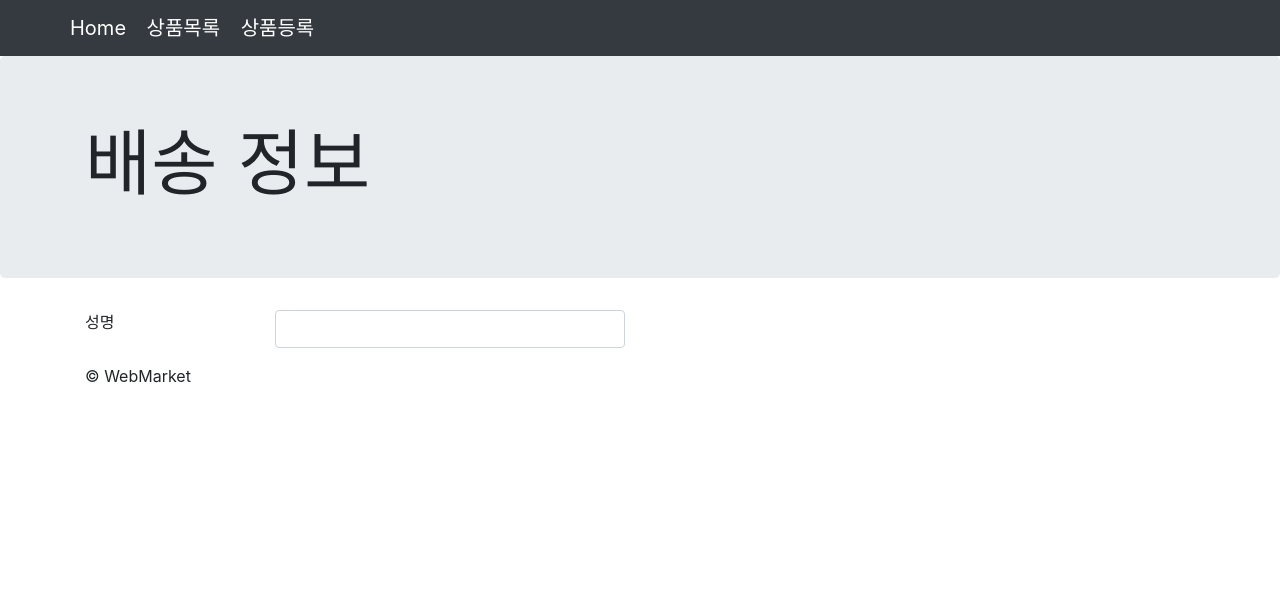
Repository: davisbyun/ai
Page: http://localhost/WebMarket/shippingInfo.jsp
These files come from the project's save history. The page is drawn as it stood at one moment and after the next save; the edit follows.
The browser window is 1280 px wide. The pictures show the whole page.
The page is served by Tomcat 9.

Above is the page before, as saved 2024-01-25 01:42:53.

After the next save:
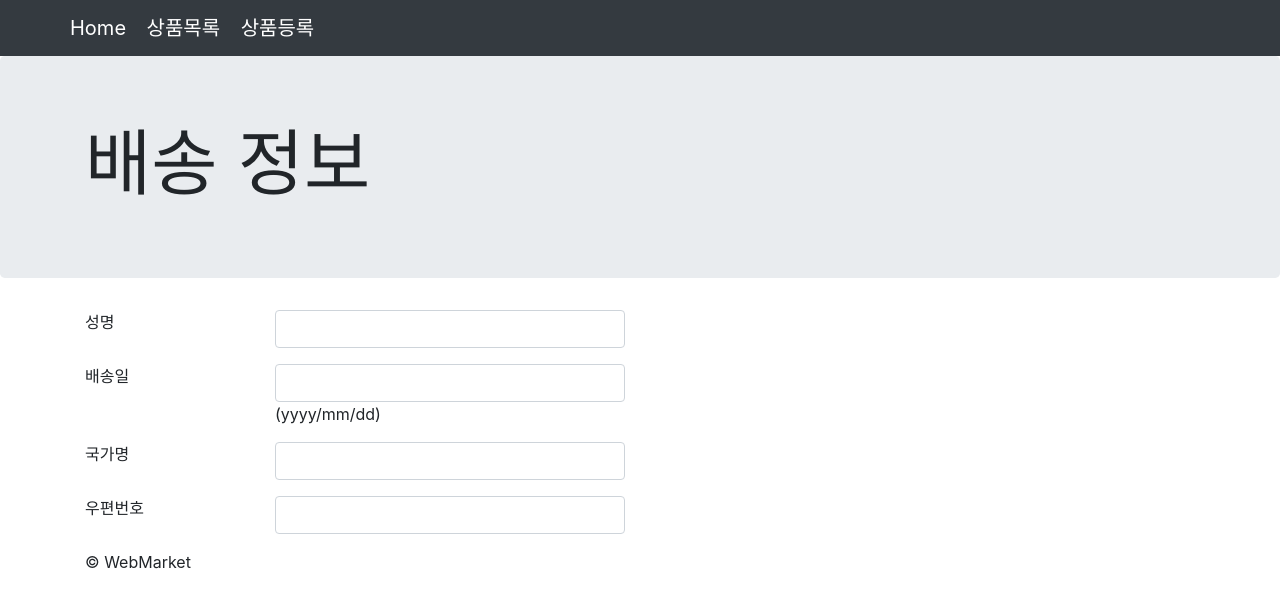
Saved 4 min 45 s later.
--- a/WebMarket/src/main/webapp/shippingInfo.jsp
+++ b/WebMarket/src/main/webapp/shippingInfo.jsp
@@ -20,9 +20,26 @@
     <div class="form-group row">
       <label class="col-sm-2"> 성명 </label>
       <div class="col-sm-4">
-        <input type="text" name="name" class="form-control">
-
+        <input type="text" name="name" class="form-control" />
+     </div>
   </div>
+  <div class="form-group row">
+      <label class="col-sm-2"> 배송일 </label>
+      <div class="col-sm-4">
+        <input type="text" name="shippingDate" class="form-control" /> (yyyy/mm/dd)
+     </div>
+  </div>
+  <div class="form-group row">
+      <label class="col-sm-2"> 국가명 </label>
+      <div class="col-sm-4">
+        <input type="text" name="country" class="form-control" />
+     </div>
+  </div>
+   <div class="form-group row">
+      <label class="col-sm-2"> 우편번호 </label>
+      <div class="col-sm-4">
+        <input type="text" name="zipCode" class="form-control" />
+     </div>
   </div>
   </form>
 
